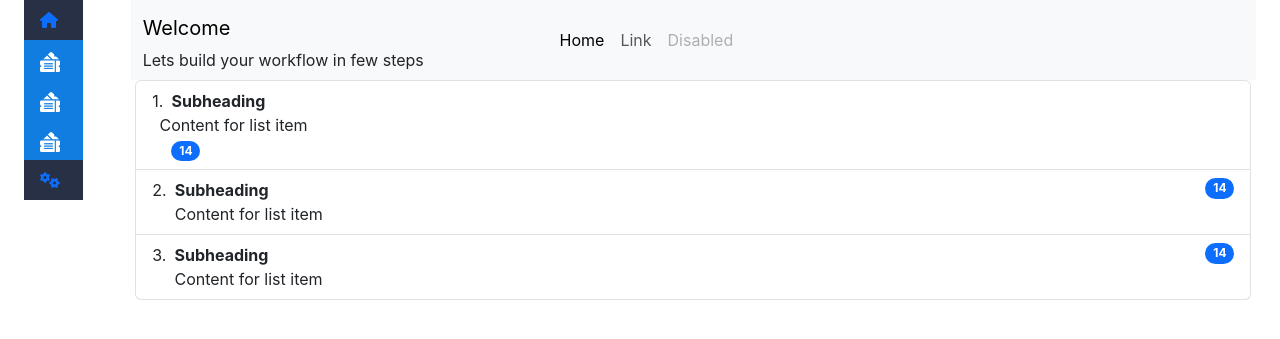
Repository: rishikarajeev/GL_HelpDesk
Page: /showtickets
The author's editor kept a copy of each file at every save. The page is drawn from the files as they stood at one save, then again after the next save.
The browser window is 1280 px wide. The pictures show the whole page.
The project was rebuilt for these pictures with package versions that can differ from the ones it lists, and the page was loaded fresh each time. Also part of the build but not shown: src/App.css, src/Pages/HomePage.jsx.

Above is the page before, as saved 2024-01-08 20:56:57.

### public/index.html
<!DOCTYPE html>
<html lang="en">
  <head>
    <meta charset="utf-8" />
    <link rel="icon" href="%PUBLIC_URL%/favicon.ico" />
    <meta name="viewport" content="width=device-width, initial-scale=1" />
    <meta name="theme-color" content="#000000" />
    <meta
      name="description"
      content="Web site created using create-react-app"
    />
    <link rel="apple-touch-icon" href="%PUBLIC_URL%/logo192.png" />
    <link href="https://cdn.jsdelivr.net/npm/bootstrap@5.3.2/dist/css/bootstrap.min.css" rel="stylesheet" integrity="sha384-T3c6CoIi6uLrA9TneNEoa7RxnatzjcDSCmG1MXxSR1GAsXEV/Dwwykc2MPK8M2HN" crossorigin="anonymous">
   <script src="https://cdn.jsdelivr.net/npm/bootstrap@5.3.2/dist/js/bootstrap.bundle.min.js" integrity="sha384-C6RzsynM9kWDrMNeT87bh95OGNyZPhcTNXj1NW7RuBCsyN/o0jlpcV8Qyq46cDfL" crossorigin="anonymous"></script>
 <!--
      manifest.json provides metadata used when your web app is installed on a
      user's mobile device or desktop. See https://developers.google.com/web/fundamentals/web-app-manifest/
    -->
    <link rel="manifest" href="%PUBLIC_URL%/manifest.json" />
    <!--
      Notice the use of %PUBLIC_URL% in the tags above.
      It will be replaced with the URL of the `public` folder during the build.
      Only files inside the `public` folder can be referenced from the HTML.

      Unlike "/favicon.ico" or "favicon.ico", "%PUBLIC_URL%/favicon.ico" will
      work correctly both with client-side routing and a non-root public URL.
      Learn how to configure a non-root public URL by running `npm run build`.
    -->
    <title>React App</title>
  </head>
  <body>
    <noscript>You need to enable JavaScript to run this app.</noscript>
    <div id="root"></div>
    <!--
      This HTML file is a template.
      If you open it directly in the browser, you will see an empty page.

      You can add webfonts, meta tags, or analytics to this file.
      The build step will place the bundled scripts into the <body> tag.

      To begin the development, run `npm start` or `yarn start`.
      To create a production bundle, use `npm run build` or `yarn build`.
    -->
  </body>
</html>

### src/App.js
import logo from "./logo.svg";
import "./App.css";
import { BrowserRouter,Route,Routes } from "react-router-dom";
import ViewTickets from "./Pages/ViewTickets";
import HomePage from "./Pages/HomePage";
import SideBar from "./Components/SideBar";
import { Container, Row, Col } from "react-bootstrap";
import Header from "./Components/Header";

function App() {
  return (
    <BrowserRouter>
<Container fluid>
     <Row>
          <Col xl={1} >
            <SideBar />
            </Col>
            <Col xl={11}>
            <Header/>
            <Routes>
              <Route path="/" element={<HomePage />}></Route>
              <Route path="/showtickets" element={<ViewTickets />}></Route>
            </Routes>
            </Col>



         </Row>
       </Container>


    </BrowserRouter>
  );
}

export default App;

### src/Pages/ViewTickets.jsx
import React from 'react'

import "../Assets/Css/Styles.css"

function ViewTickets() {
  return (
    <div className='container'>


  <ol class="list-group list-group-numbered">
  <li class="list-group-item d-flex justify-content-between align-items-start">
    <div class="ms-2 me-auto">
        <div className='row'>
        <div className='col'>
        <div className='row'>
      <div class="fw-bold">Subheading</div>
      Content for list item
    </div>
    </div>
    </div>

    <div className='col'>
    <span class="badge bg-primary rounded-pill">14</span>
    </div>
    </div>
  </li>
  <li class="list-group-item d-flex justify-content-between align-items-start">
    <div class="ms-2 me-auto">
      <div class="fw-bold">Subheading</div>
      Content for list item
    </div>
    <span class="badge bg-primary rounded-pill">14</span>
  </li>
  <li class="list-group-item d-flex justify-content-between align-items-start">
    <div class="ms-2 me-auto">
      <div class="fw-bold">Subheading</div>
      Content for list item
    </div>
    <span class="badge bg-primary rounded-pill">14</span>
  </li>
</ol>
</div>

  )
}

export default ViewTickets

### src/Components/SideBar.jsx
import React from "react";

import "@fortawesome/fontawesome-free/css/all.min.css";
import ticketIcon from "../Assets//Images/Layer_1.png"
import  "../Assets/Css/Styles.css"

function SideBar() {
  return (
    <div class="container-fluid  ">
      <div class="row">
        <nav id="sidebar" class=" sidebar  ">
          <div class="position-sticky sideBg">
            <ul class="nav flex-column">
              <li class="nav-item">
                <a class="nav-link active" href="/">
                  <i class="fas fa-home"></i>
                </a>
              </li>
              <li class="nav-item  selectedColor" >
              <a className="nav-link active" href="/showtickets">
              <img src={ticketIcon} alt="Home Icon" className="icon" />
              </a>
              </li>
              <li class="nav-item  selectedColor" >
              <a className="nav-link active" href="#">
              <img src={ticketIcon} alt="Home Icon" className="icon" />
              </a>
              </li>
              <li class="nav-item  selectedColor" >
              <a className="nav-link active" href="#">
              <img src={ticketIcon} alt="Home Icon" className="icon" />
              </a>
              </li>
              <li class="nav-item">
                <a class="nav-link" href="#">
                  <i class="fas fa-cogs"></i>
                </a>
              </li>
            </ul>
          </div>
        </nav>
      </div>
    </div>
  );
}

export default SideBar;

### src/Components/Header.jsx
import React from 'react'

function Header() {
  return (
    <div class="container-fluid">
    <nav class="navbar navbar-expand-lg bg-body-tertiary">
    <div class="container-fluid">
      <button class="navbar-toggler" type="button" data-bs-toggle="collapse" data-bs-target="#navbarTogglerDemo03" aria-controls="navbarTogglerDemo03" aria-expanded="false" aria-label="Toggle navigation">
        <span class="navbar-toggler-icon"></span>
      </button>
      <div className='row'>
      <a class="navbar-brand" href="#">Welcome </a>
      <span>Lets build your workflow in few steps</span>
      </div>
      <div class="collapse navbar-collapse" id="navbarTogglerDemo03">
        <ul class="navbar-nav me-auto mb-2 mb-lg-0 align-items-end">
          <li class="nav-item">
            <a class="nav-link active" aria-current="page" href="">Home</a>
          </li>
          <li class="nav-item">
            <a class="nav-link" href="#">Link</a>
          </li>
          <li class="nav-item">
            <a class="nav-link disabled" aria-disabled="true">Disabled</a>
          </li>
        </ul>

      </div>
    </div>
  </nav>
  </div>
  )
}

export default Header

### src/Assets/Css/Styles.css
.sideBg{
    background-color:  #273045;
}
.selectedColor{
    background-color:  #117DE0;

}
.bgColor{
    background-color:  #EFEFEF;

}

Loaded but not shown: src/index.js (common file); src/index.css (common file); src/reportWebVitals.js (common file)

After the next save:
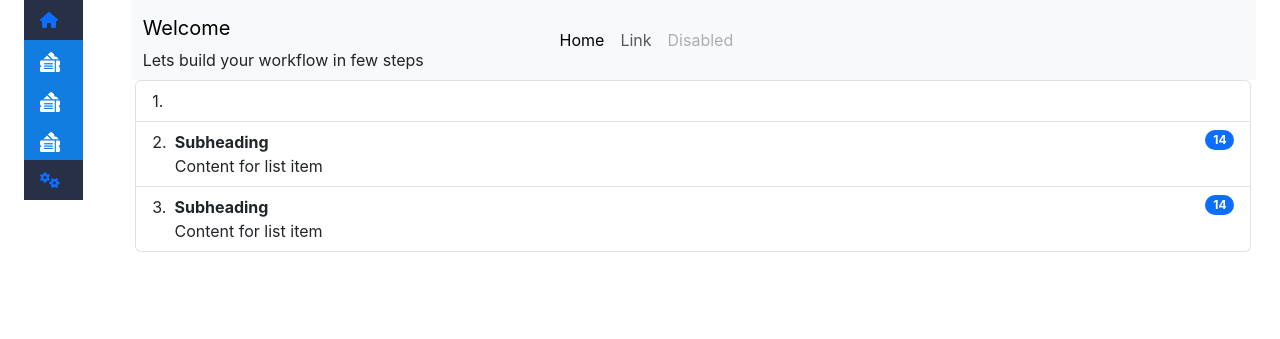
Saved 23 s later.
--- a/src/Pages/ViewTickets.jsx
+++ b/src/Pages/ViewTickets.jsx
@@ -9,20 +9,7 @@ function ViewTickets() {
 
   <ol class="list-group list-group-numbered">
   <li class="list-group-item d-flex justify-content-between align-items-start">
-    <div class="ms-2 me-auto">
-        <div className='row'>
-        <div className='col'>
-        <div className='row'>
-      <div class="fw-bold">Subheading</div>
-      Content for list item
-    </div>
-    </div>
-    </div>
 
-    <div className='col'>
-    <span class="badge bg-primary rounded-pill">14</span>
-    </div>
-    </div>
   </li>
   <li class="list-group-item d-flex justify-content-between align-items-start">
     <div class="ms-2 me-auto">
